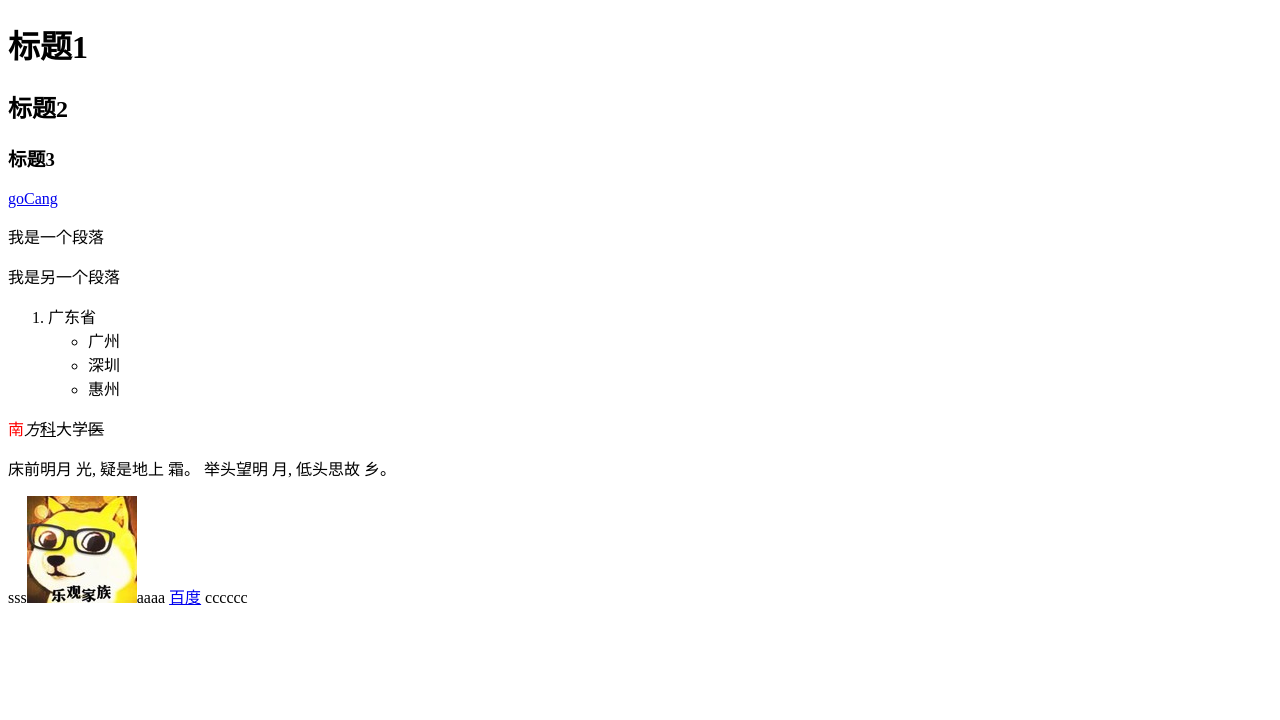
Repository: LYC-Android/JavaWebProject
Page: WebBasic/src/main/webapp/day01/demo3.html
The author's editor kept a copy of each file at every save. The page is drawn from the files as they stood at one save, then again after the next save.
The browser window is 1280 px wide. The pictures show the whole page.

Above is the page before, as saved 2017-09-04 08:46:36.

After the next save:
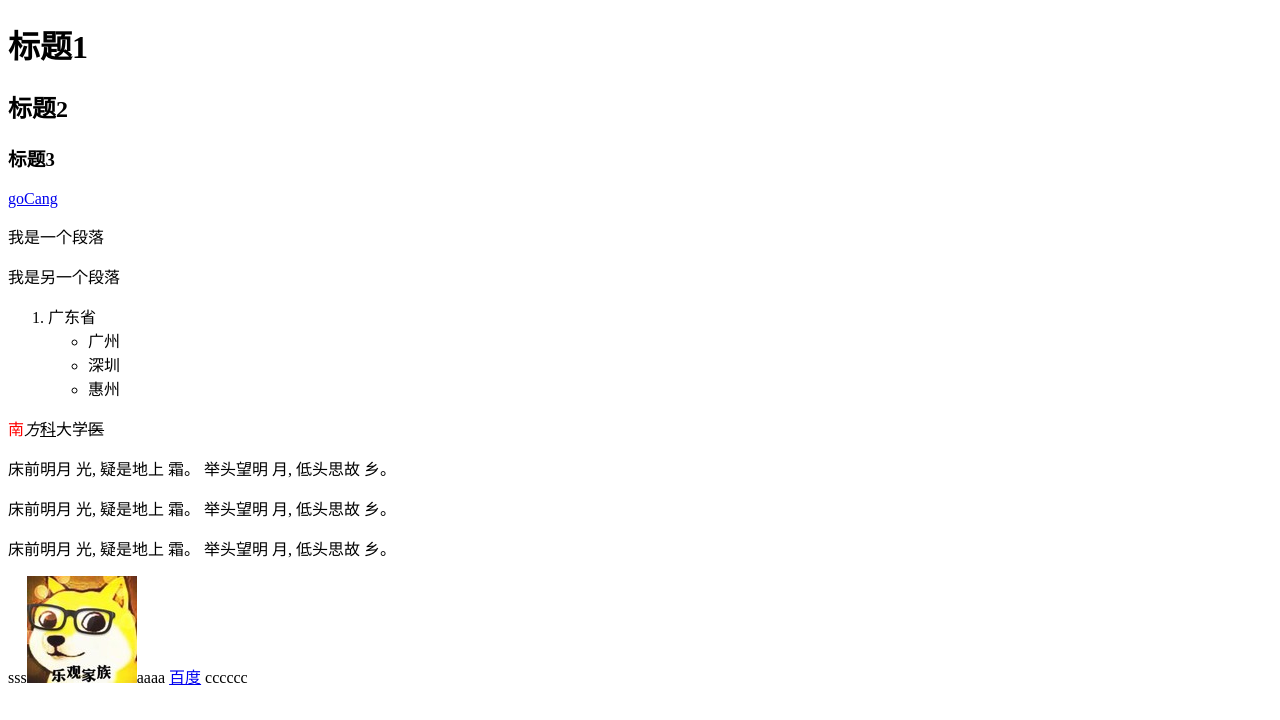
Saved 16 s later.
--- a/WebBasic/src/main/webapp/day01/demo3.html
+++ b/WebBasic/src/main/webapp/day01/demo3.html
@@ -31,6 +31,18 @@
 	举头望明      月,
 	低头思故                 乡。
 	</p>
+		<p>
+	床前明月       光,
+	疑是地上                        霜。
+	举头望明      月,
+	低头思故                 乡。
+	</p>
+		<p>
+	床前明月       光,
+	疑是地上                        霜。
+	举头望明      月,
+	低头思故                 乡。
+	</p>
 	<!-- 图像元素 -->
 	sss<img alt="" src="../images/dog.jpg"/>aaaa
 
